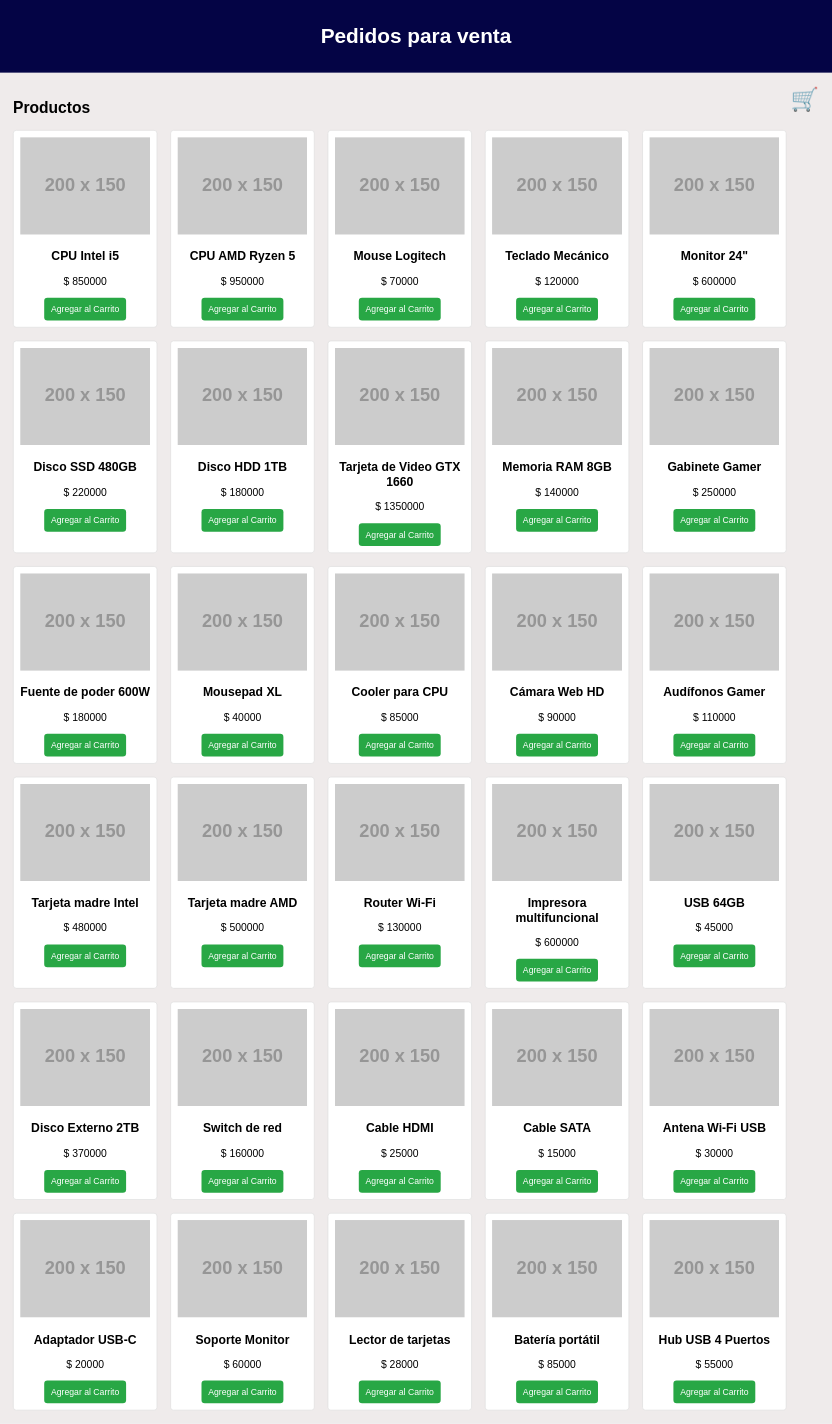
Repository: ye909/RAVPIP
Page: src/templei/ventasPortatil.html
An editor plug-in stored every save of this project. The page is shown before and after the next save, followed by the edit.
The browser window is 1280 px wide. The pictures show the whole page, at 65% of full size.

Above is the page before, as saved 2025-04-10 08:54:20.
Console error: ReferenceError: updateCart is not defined

### src/templei/ventasPortatil.html


<!DOCTYPE html>
<html lang="es">
<head>
    <meta charset="UTF-8">
    <meta name="viewport" content="width=device-width, initial-scale=1.0">
    <title>Tienda de Medios Tecnológicos</title>
    <link rel="stylesheet" href="../css/ventas.css">
</head>
<body>
  <header>
    <h1>Pedidos para venta </h1>

  </header>

  <main class="containerCarrito">
    <section id="productos">
    <div class="containerTituloCarrito">
      <div><h2>Productos</h2></div>
      <div id="imgcarro" class="imgcarro">🛒</div>
    </div>
      <div class="product-list" id="product-list">

      </div>
    </section>

    <section id="carrito" class="carrito">
      <di class="containerClose">
        <div>
            <li>Cantida producto (<span id="cart-count">0</span>)</li>
         </div>
        <div id="close">❌</div>
      </di>
      <h2>Carrito de Compras</h2>
      <div id="cart-items">
        <p>No hay productos en el carrito.</p>
      </div>
      <p>Total: $<span id="cart-total">0</span></p>
      <button id="checkout-btn" >Comprar Ahora</button>
    </section>


  </main>

  <!-- <footer>
    <p>&copy; 2023 Tienda de Medios Tecnológicos</p>
  </footer> -->


    <script src="../js/ventas.js"></script>

</body>
</html>

### src/css/ventas.css
body {
  font-family: Arial, sans-serif;
  margin: 0;
  padding: 0;
  background-color: #f4f4f9;
}

header {
  background-color: #040445;
  color: #fff;
  padding: 1rem;
  text-align: center;
}
 li {
list-style: none;
}
main {
  padding: 20px;
  background: #efebeb;

}

.product-list {
  display: flex;
  flex-wrap: wrap;
  gap: 20px;
}
.product {
  background-color: #fff;
  border: 1px solid #ddd;
  border-radius: 5px;
  padding: 10px;
  width: 200px;
  text-align: center;
}

.product img {
  max-width: 100%;
  height: auto;
}

.add-to-cart {
  background-color: #28a745;
  color: #fff;
  border: none;
  padding: 10px;
  cursor: pointer;
  border-radius: 5px;
}

.add-to-cart:hover {
  background-color: #218838;
}
.carrito{
  margin-top: 20px;
}
.carrito > h2{
  margin-top: 220px;
  font-size: 30px;
  }

  #checkout-btn {
    background-color: #007bff;
    color: #fff;
    border: none;
    padding: 10px 20px;
    cursor: pointer;
    border-radius: 5px;
  }

  #checkout-btn:disabled {
    background-color: #ccc;
  }
  .carrito{
    position: fixed;
    top: 1px;
    margin-left: -20px;
 text-align: center;
   background:black;
   width:100%;
   height: 100%;
   color:white;
   opacity: 0.8;
   display: none;
  }
  .imgcarro{
    font-size: 35px;
  }
  #cart-items {
    min-height: 100px;
    padding: 10px;
  }
  :is(.containerTituloCarrito, .containerClose){
    display: flex;
    justify-content: space-between;
    flex-direction: row;
    flex-wrap: wrap;
  }
  .containerClose{

    margin-right: 10px;
    font-size: 20px;
    cursor: pointer;
  }
  footer {
    text-align: center;
    padding: 10px;
    background-color: #333;
    color: #fff;
    position: fixed;
    bottom: 0;
    width: 100%;
  }

### src/js/ventas.js


fetch("../js/datos.json")
  .then(response => response.json())
  .then(data =>{

  data.forEach((item)=>{
    const productlist = document.getElementById("product-list")
    const sudcontainer=document.createElement("div")
    sudcontainer.setAttribute("data-id", item.id); // Suponiendo que el JSON tiene un campo "id"
    sudcontainer.setAttribute("data-name", item.name);
    sudcontainer.setAttribute("data-price", item.price);


    sudcontainer.classList.add("product")
    sudcontainer.innerHTML=`
    <img src="${item.image}" alt="Smartphone X">
   <h3>${item.name} </h3>
   <p>$ ${item.price}</p>
   <button class="add-to-cart">Agregar al Carrito</button>
    `
   productlist.appendChild(sudcontainer)
    console.log(productlist)

  })





  const cart = [];
  let cartTotal = 0;

// Función para actualizar el carrito
 function updateCart() {
   const cartItemsDiv = document.getElementById('cart-items');
   const cartCountSpan = document.getElementById('cart-count');
   const cartTotalSpan = document.getElementById('cart-total');
   const checkoutBtn = document.getElementById('checkout-btn');

  // Limpiar el contenido actual del carrito
   cartItemsDiv.innerHTML = '';

   if (cart.length === 0) {
     cartItemsDiv.innerHTML = '<p>No hay productos en el carrito.</p>';
     checkoutBtn.disabled = true;
   } else {
     cart.forEach(item => {
       const itemDiv = document.createElement('div');
       itemDiv.textContent = `${item.name} - $${item.price}`;
       cartItemsDiv.appendChild(itemDiv);
     });
     checkoutBtn.disabled = false;
   }

   // Actualizar el contador y el total
   cartCountSpan.textContent = cart.length;
   cartTotalSpan.textContent = cartTotal.toFixed(2);
 }

 // Agregar productos al carrito
 document.querySelectorAll('.add-to-cart').forEach(button => {
   button.addEventListener('click', () => {
     const productDiv = button.parentElement;
     const productId = productDiv.dataset.id;
     const productName = productDiv.dataset.name;
     const productPrice = parseFloat(productDiv.dataset.price);

//     // Verificar si el producto ya está en el carrito
     const existingItem = cart.find(item => item.id === productId);
     if (existingItem) {
       existingItem.quantity += 1;
     } else {
       cart.push({ id: productId, name: productName, price: productPrice, quantity: 1 });
     }

     // Actualizar el total
     cartTotal += productPrice;

     // Actualizar la vista del carrito
     updateCart();
   });
 });

 document.getElementById("checkout-btn").addEventListener("click",verCarrito)

 function verCarrito() {
  alert("a")
  // const containerCarrito

 }

 document.getElementById("close").addEventListener("click",close)
 document.getElementById("imgcarro").addEventListener("click",verCarrito)

 function verCarrito() {
  const carrito=document.getElementById("carrito")
  carrito.style.display="inline"
 }
function close() {
  const carrito=document.getElementById("carrito")

 carrito.style.display="none"
}
} )
 // Inicializar el carrito
 updateCart();

### src/js/datos.json

[
  { "id": 1,
  "name": "CPU Intel i5",
   "price": 850000,
   "image": "https://via.placeholder.com/200x150?text=CPU+Intel+i5" },
  { "id": 2, "name": "CPU AMD Ryzen 5", "price": 950000, "image": "https://via.placeholder.com/200x150?text=Ryzen+5" },
  { "id": 3, "name": "Mouse Logitech", "price": 70000, "image": "https://via.placeholder.com/200x150?text=Mouse" },
  { "id": 4, "name": "Teclado Mecánico", "price": 120000, "image": "https://via.placeholder.com/200x150?text=Teclado" },
  { "id": 5, "name": "Monitor 24\"", "price": 600000, "image": "https://via.placeholder.com/200x150?text=Monitor" },
  { "id": 6, "name": "Disco SSD 480GB", "price": 220000, "image": "https://via.placeholder.com/200x150?text=SSD" },
  { "id": 7, "name": "Disco HDD 1TB", "price": 180000, "image": "https://via.placeholder.com/200x150?text=HDD" },
  { "id": 8, "name": "Tarjeta de Video GTX 1660", "price": 1350000, "image": "https://via.placeholder.com/200x150?text=GPU" },
  { "id": 9, "name": "Memoria RAM 8GB", "price": 140000, "image": "https://via.placeholder.com/200x150?text=RAM+8GB" },
  { "id": 10, "name": "Gabinete Gamer", "price": 250000, "image": "https://via.placeholder.com/200x150?text=Gabinete" },
  { "id": 11, "name": "Fuente de poder 600W", "price": 180000, "image": "https://via.placeholder.com/200x150?text=PSU+600W" },
  { "id": 12, "name": "Mousepad XL", "price": 40000, "image": "https://via.placeholder.com/200x150?text=Mousepad" },
  { "id": 13, "name": "Cooler para CPU", "price": 85000, "image": "https://via.placeholder.com/200x150?text=Cooler" },
  { "id": 14, "name": "Cámara Web HD", "price": 90000, "image": "https://via.placeholder.com/200x150?text=Webcam" },
  { "id": 15, "name": "Audífonos Gamer", "price": 110000, "image": "https://via.placeholder.com/200x150?text=Headset" },
  { "id": 16, "name": "Tarjeta madre Intel", "price": 480000, "image": "https://via.placeholder.com/200x150?text=Motherboard" },
  { "id": 17, "name": "Tarjeta madre AMD", "price": 500000, "image": "https://via.placeholder.com/200x150?text=Motherboard+AMD" },
  { "id": 18, "name": "Router Wi-Fi", "price": 130000, "image": "https://via.placeholder.com/200x150?text=Router" },
  { "id": 19, "name": "Impresora multifuncional", "price": 600000, "image": "https://via.placeholder.com/200x150?text=Impresora" },
  { "id": 20, "name": "USB 64GB", "price": 45000, "image": "https://via.placeholder.com/200x150?text=USB+64GB" },
  { "id": 21, "name": "Disco Externo 2TB", "price": 370000, "image": "https://via.placeholder.com/200x150?text=Disco+Externo" },
  { "id": 22, "name": "Switch de red", "price": 160000, "image": "https://via.placeholder.com/200x150?text=Switch" },
  { "id": 23, "name": "Cable HDMI", "price": 25000, "image": "https://via.placeholder.com/200x150?text=HDMI" },
  { "id": 24, "name": "Cable SATA", "price": 15000, "image": "https://via.placeholder.com/200x150?text=SATA" },
  { "id": 25, "name": "Antena Wi-Fi USB", "price": 30000, "image": "https://via.placeholder.com/200x150?text=Antena+WiFi" },
  { "id": 26, "name": "Adaptador USB-C", "price": 20000, "image": "https://via.placeholder.com/200x150?text=USB-C" },
  { "id": 27, "name": "Soporte Monitor", "price": 60000, "image": "https://via.placeholder.com/200x150?text=Soporte" },
  { "id": 28, "name": "Lector de tarjetas", "price": 28000, "image": "https://via.placeholder.com/200x150?text=Lector" },
  { "id": 29, "name": "Batería portátil", "price": 85000, "image": "https://via.placeholder.com/200x150?text=Power+Bank" },
  { "id": 30, "name": "Hub USB 4 Puertos", "price": 55000, "image": "https://via.placeholder.com/200x150?text=USB+Hub" }
]

After the next save:
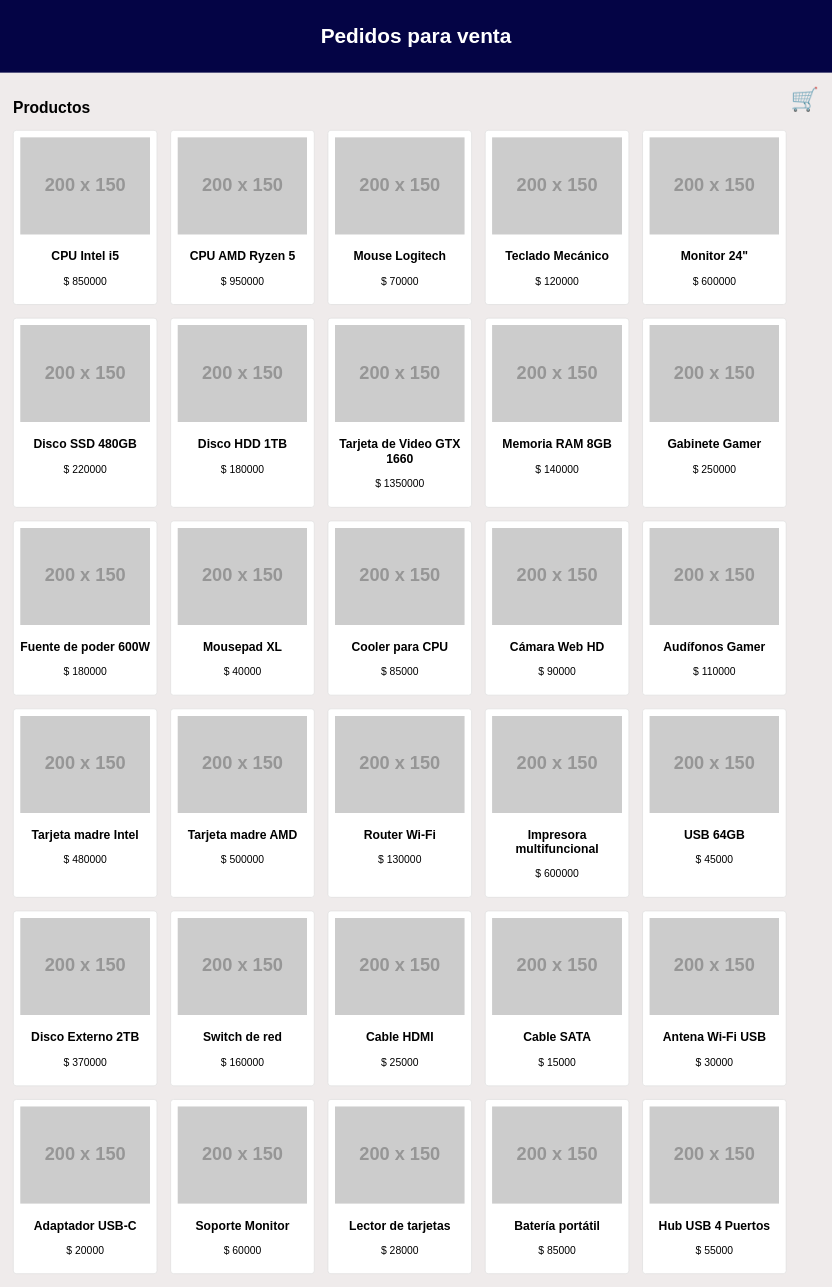
Saved 2 min 58 s later.
--- a/src/js/ventas.js
+++ b/src/js/ventas.js
@@ -17,8 +17,11 @@
     <img src="${item.image}" alt="Smartphone X">
    <h3>${item.name} </h3>
    <p>$ ${item.price}</p>
-   <button class="add-to-cart">Agregar al Carrito</button>
+
     `
+    const boton= document.createElement("button")
+    boton.classList.add("add-to-cart")
+    boton.innerText="Agregar al Carrito"
    productlist.appendChild(sudcontainer)
     console.log(productlist)
 

After the 2 saves that followed:
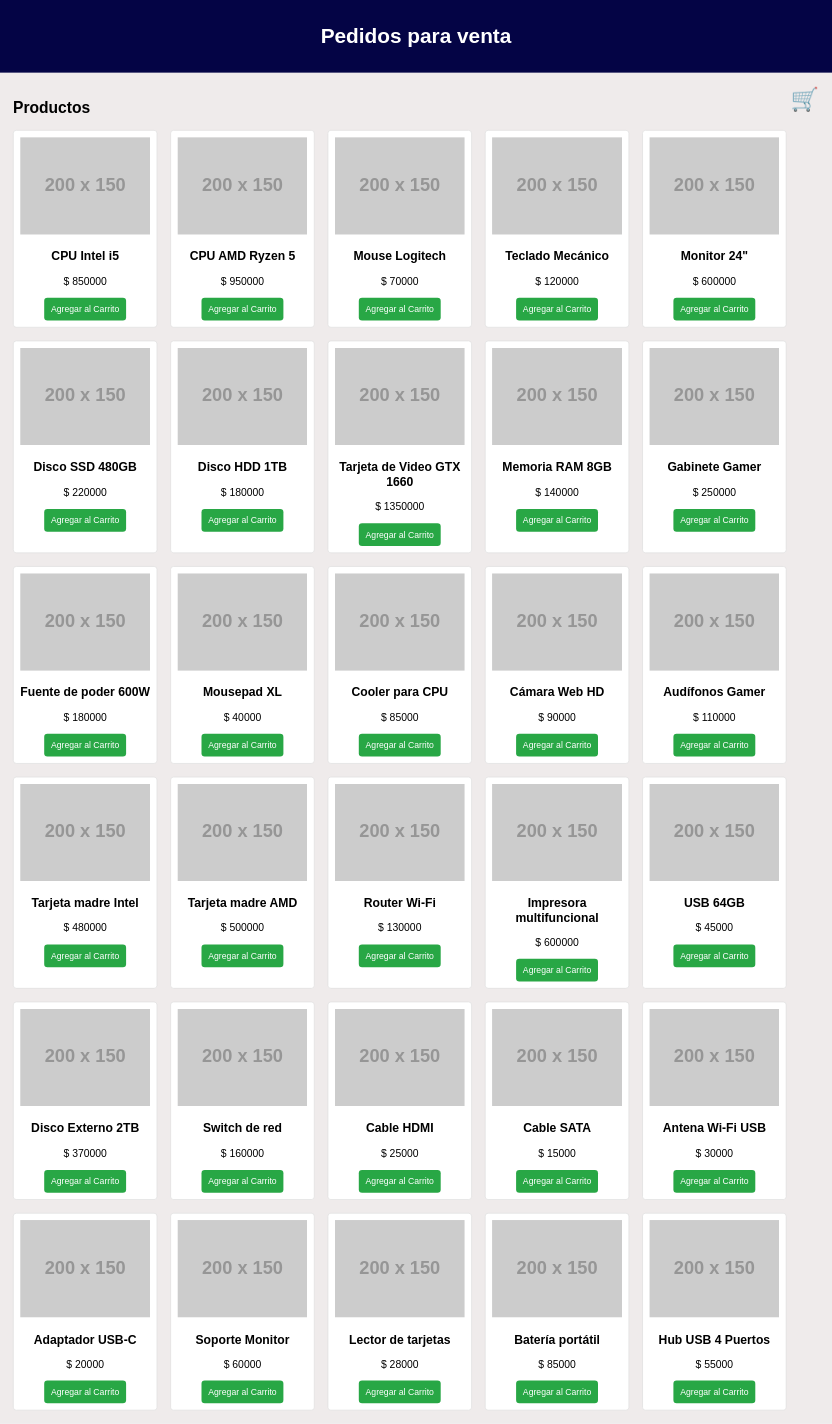
The 2 saves are shown as one change because 1 left the picture as it was.
The last was saved 81 s later.
--- a/src/js/ventas.js
+++ b/src/js/ventas.js
@@ -22,6 +22,9 @@
     const boton= document.createElement("button")
     boton.classList.add("add-to-cart")
     boton.innerText="Agregar al Carrito"
+
+    sudcontainer.appendChild(boton)
+
    productlist.appendChild(sudcontainer)
     console.log(productlist)
 
